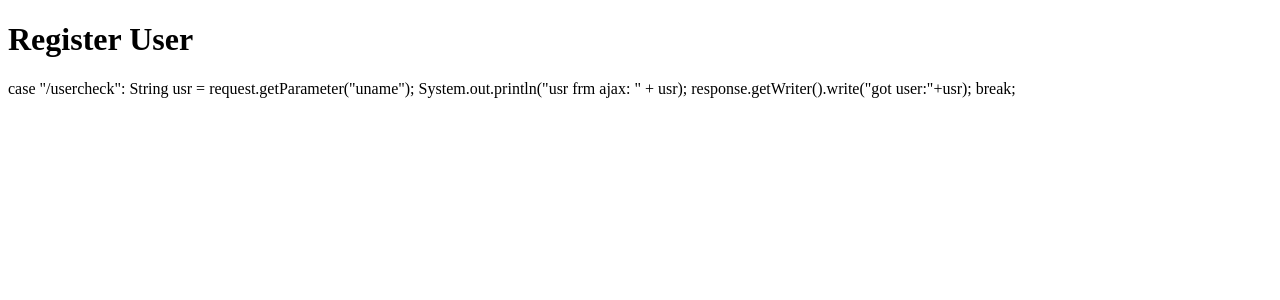
Repository: satishkumarms/WorkSpace
Page: http://localhost/MovieTicketBooking/register.jsp
An editor plug-in stored every save of this project. The page is shown before and after the next save, followed by the edit.
The browser window is 1280 px wide. The pictures show the whole page.
The page is served by Tomcat 9. Other server files are loaded and not shown.

Above is the page before, as saved 2018-07-21 11:10:23.

### MovieTicketBooking/WebContent/register.jsp
<%@ page language="java" contentType="text/html; charset=ISO-8859-1"
    pageEncoding="ISO-8859-1"%>
<!DOCTYPE html PUBLIC "-//W3C//DTD HTML 4.01 Transitional//EN" "http://www.w3.org/TR/html4/loose.dtd">
<html>
<head>
<meta http-equiv="Content-Type" content="text/html; charset=ISO-8859-1">
<title>Insert title here</title>
</head>
<body>
<h1> Register User</h1>


</body>


<script>
function checklogin(valuser) {
    user = "";
    xmlhttp = new XMLHttpRequest();
    xmlhttp.onreadystatechange=function(){
        if(xmlhttp.readyState==4){
            user = xmlhttp.responseText;
            alert("user: " + user);
            var divElement = document.getElementById('mydiv');
            divElement.innerHTML = user;
        }
    }
    xmlhttp.open("GET","usercheck?uname="+valuser,true);
    xmlhttp.send(null);
 }
 </script>


   <div id="mydiv">
   </div>

        case "/usercheck":
            String usr = request.getParameter("uname");
            System.out.println("usr frm ajax: " + usr);
            response.getWriter().write("got user:"+usr);
            break;
</script>
</html>

After the next save:
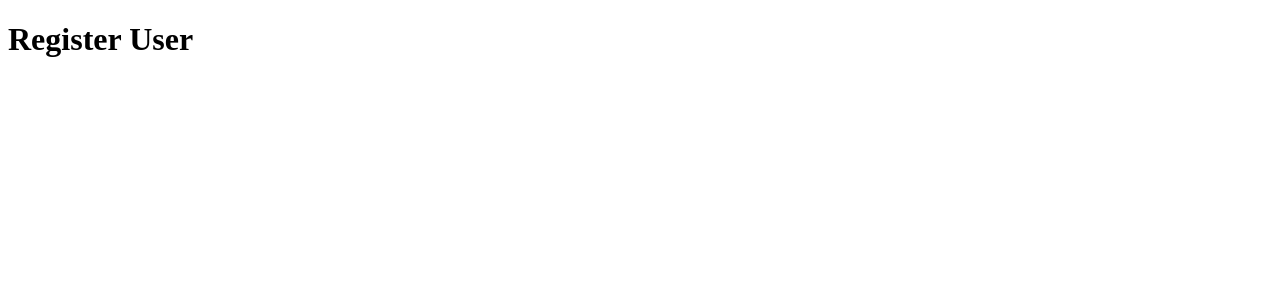
Saved 26 s later.
--- a/MovieTicketBooking/WebContent/register.jsp
+++ b/MovieTicketBooking/WebContent/register.jsp
@@ -34,10 +34,5 @@ function checklogin(valuser) {
    <div id="mydiv">
    </div>
 
-        case "/usercheck":
-            String usr = request.getParameter("uname");
-            System.out.println("usr frm ajax: " + usr);
-            response.getWriter().write("got user:"+usr);
-            break;
-</script>
+
 </html>
